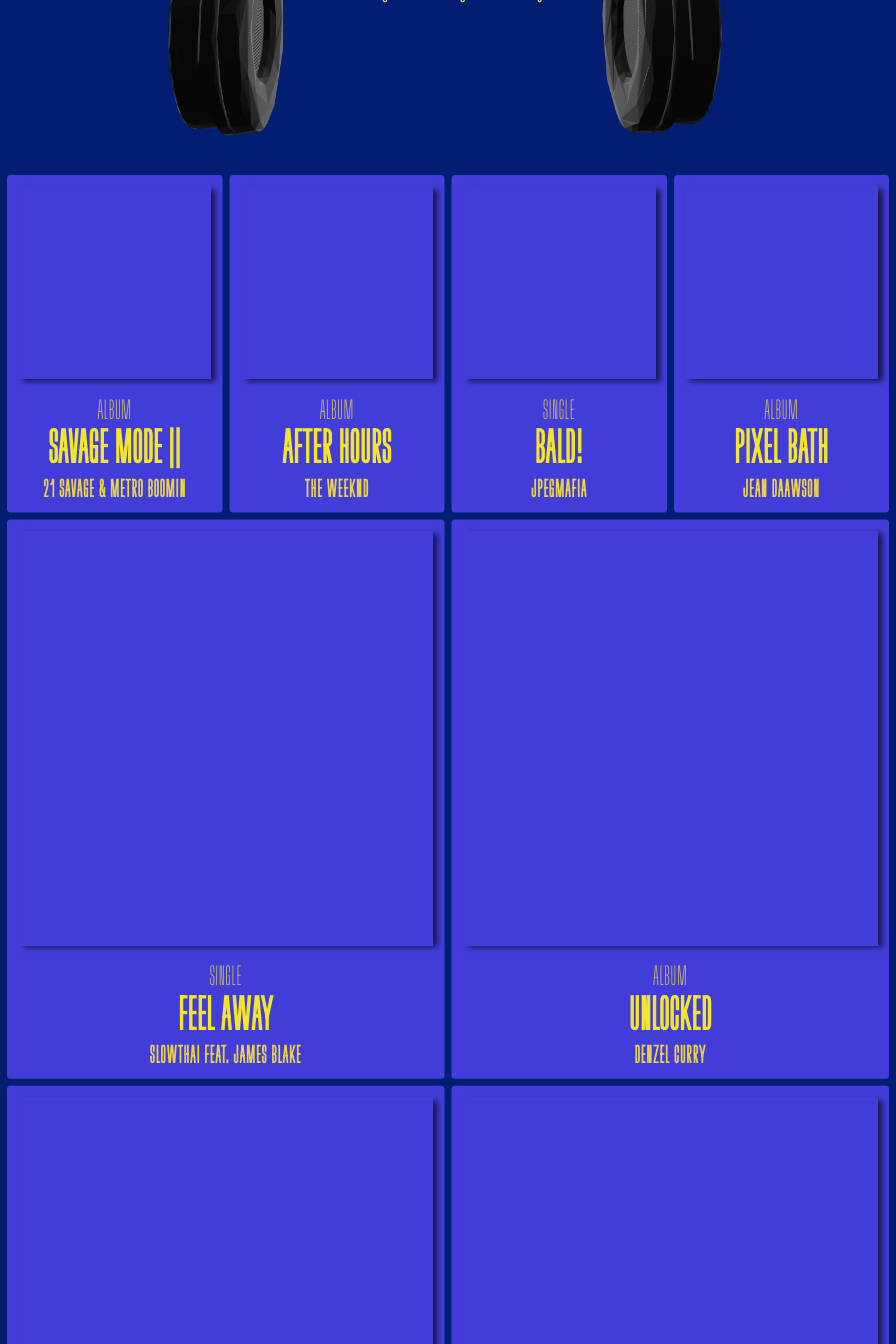
Repository: Spreceriany/musicly2020
Page: /
An editor plug-in stored every save of this project. The page is shown before and after the next save, followed by the edit.
The browser window is 1280 px wide. The pictures show the part of the page from y = 480 to 2400 px (the page is 8491 px tall), at 70% of full size.
Backgrounds fixed to the window are drawn as part of the page. Some web libraries are served in a nearby version. The project was rebuilt for these pictures with package versions that can differ from the ones it lists, and the page was loaded fresh each time.

Above is the page before, as saved 2021-01-18 16:21:26.
Console error: ReferenceError: Blazy is not defined

After the next save:
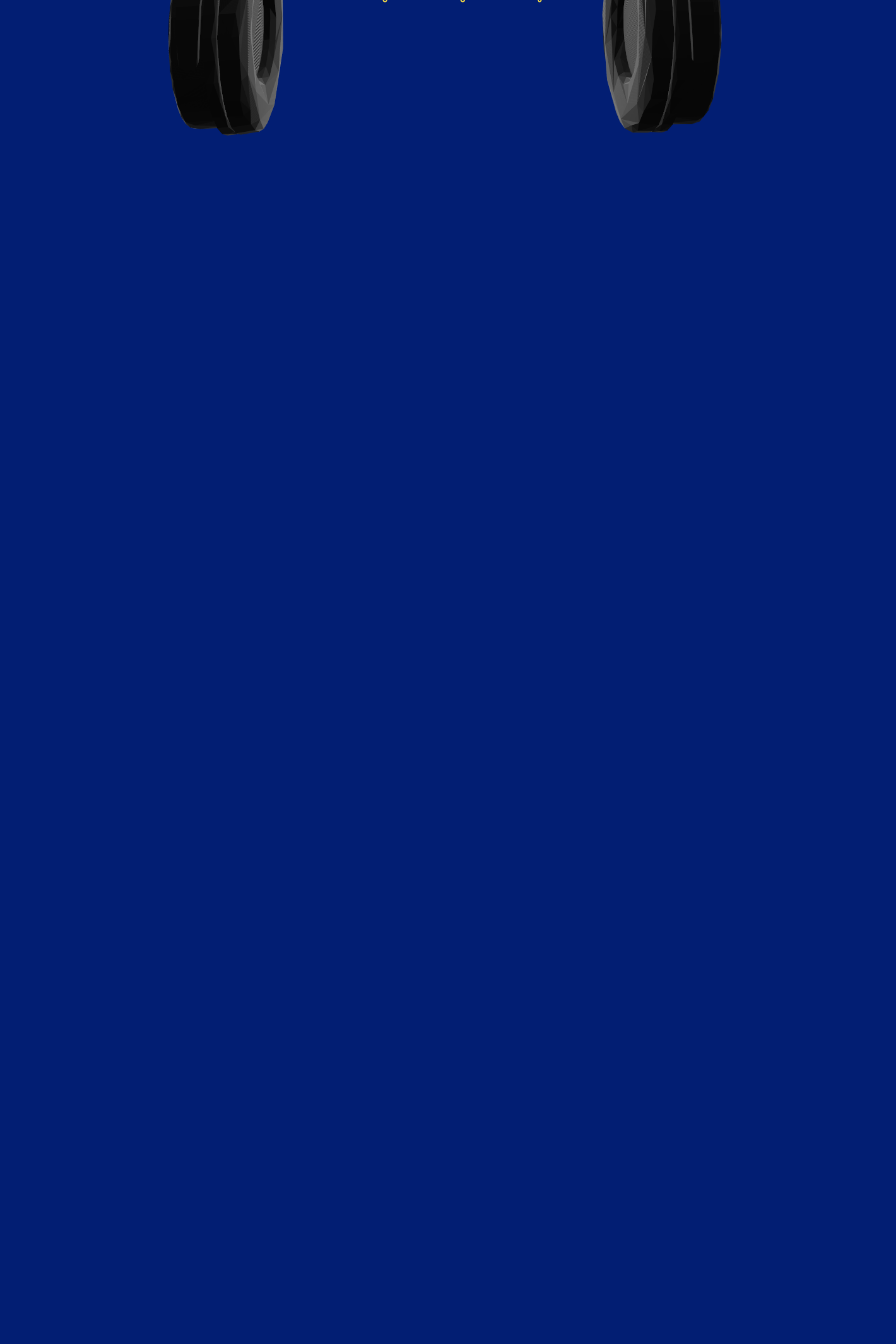
Saved 3 min 11 s later.
--- a/js/main.js
+++ b/js/main.js
@@ -9,9 +9,10 @@
     gsap.to(batch,
         { opacity: 1,
           stagger: 0.2,
-          y:0
+          y:0,
+          shu
         }),
-   onLeaveBack: (batch) => gsap.to(batch, { opacity: 0, stagger: 0.2,y:-20 }),
+//    onLeaveBack: (batch) => gsap.to(batch, { opacity: 0, stagger: 0.2,y:-20 }),
 });
 
 timeline

After the save that followed:
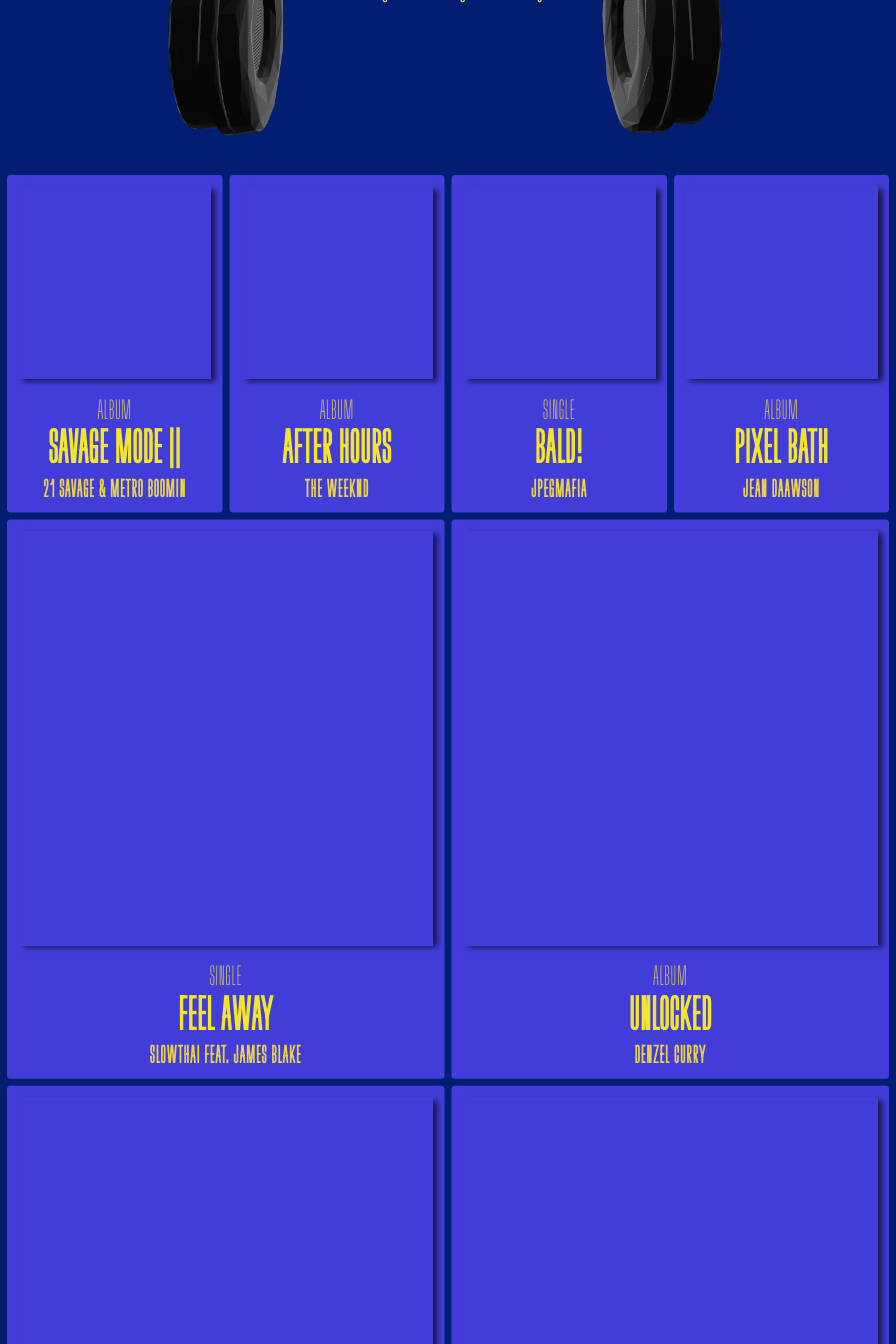
Saved 23 s later.
--- a/js/main.js
+++ b/js/main.js
@@ -9,8 +9,7 @@
     gsap.to(batch,
         { opacity: 1,
           stagger: 0.2,
-          y:0,
-          shu
+          y:0
         }),
 //    onLeaveBack: (batch) => gsap.to(batch, { opacity: 0, stagger: 0.2,y:-20 }),
 });
